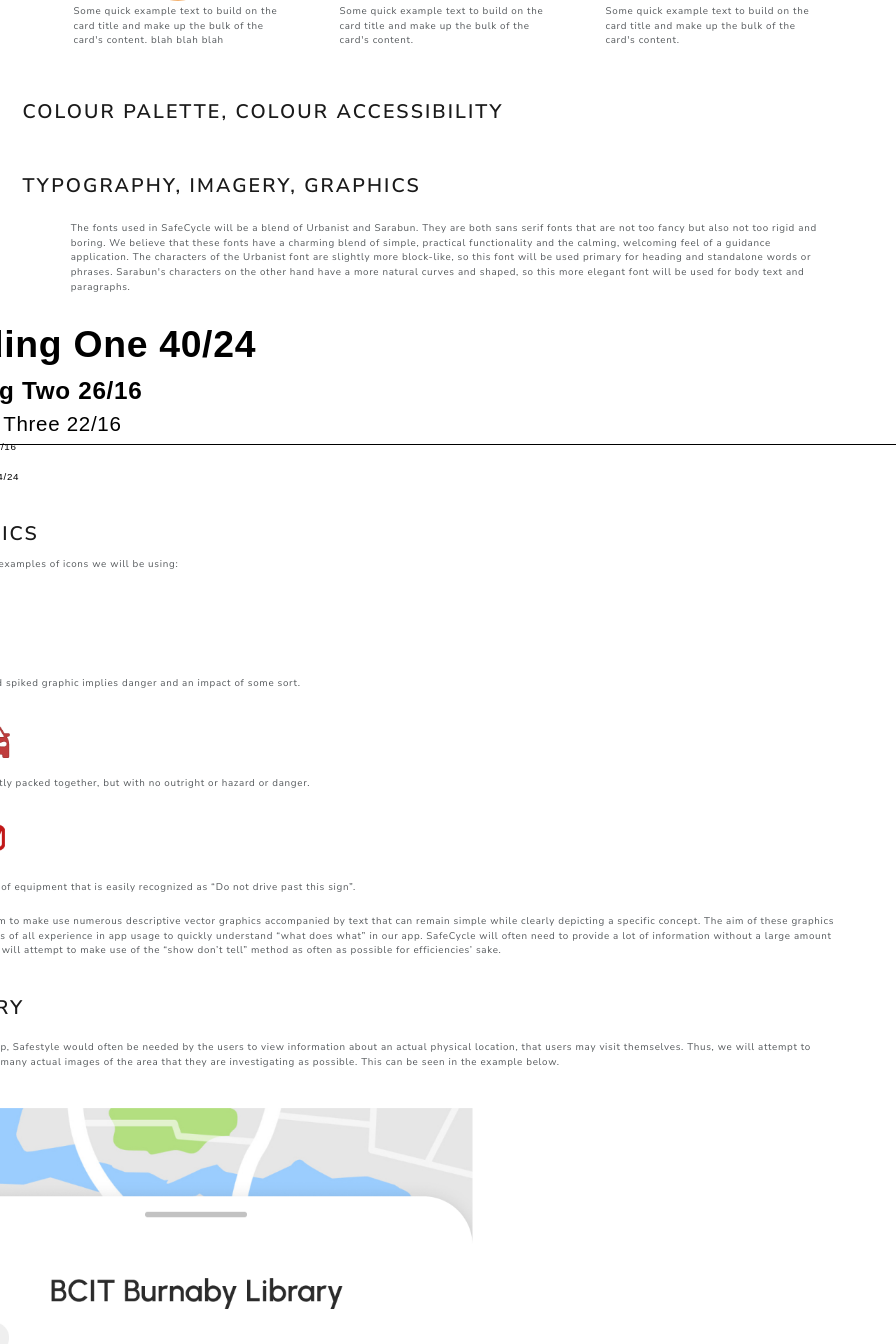
Repository: Aladdin3r/safecycle-styleguide
Page: /
The author's editor kept a copy of each file at every save. The page is drawn from the files as they stood at one save, then again after the next save.
The browser window is 1280 px wide. The pictures show the part of the page from y = 2270 to 4190 px (the page is 5687 px tall), at 70% of full size.
The project was rebuilt for these pictures with package versions that can differ from the ones it lists, and the page was loaded fresh each time. The framework's server and built-in components were replaced by stand-ins that run in the browser. Also part of the build but not shown: next.config.mjs.

Above is the page before, as saved 2024-04-09 22:34:39.

### pages/_app.js
import "@/styles/globals.css";
import "@/styles/bootstrap.min.css";
import { useEffect } from "react";


export default function App({ Component, pageProps }) {

  useEffect(() => {
    require("bootstrap/dist/js/bootstrap.bundle.min.js");
  }, []);
  return <Component {...pageProps} />;
}

### pages/index.js
import Head from "next/head";
import styles from "@/styles/Home.module.css"

export default function Home() {

  return (
    <>
      <Head>
        <title>SafeCycle Styleguide</title>
        <meta name="description"
        content=
        "Created by Rawan Aladdin, Nea Pieroelie, Andrew Turitsa."
       />
        <meta name="viewport" content="width=device-width, initial-scale=1" />
        <link rel="icon" href="/favicon1.svg" />
      </Head>
      <nav class="navbar navbar-expand-lg bg-light sticky-top" data-bs-theme="light">
        <div class="container-fluid">
          <a class="navbar-brand" href="#">SafeCycle</a>
          <button class="navbar-toggler" type="button" data-bs-toggle="collapse" data-bs-target="#navbarColor03" aria-controls="navbarColor03" aria-expanded="false" aria-label="Toggle navigation">
            <span class="navbar-toggler-icon"></span>
          </button>
          <div class="collapse navbar-collapse" id="navbarColor03">
            <ul class="navbar-nav me-auto">
              <li class="nav-item">
                <a class="nav-link active" href="#">Home</a>
              </li>
              <li class="nav-item">
                <a class="nav-link" href="#logo">Logo</a>
              </li>
              <li class="nav-item">
                <a class="nav-link" href="#colours">Colours</a>
              </li>
              <li class="nav-item">
                <a class="nav-link" href="#types">Typography, Imagery, Graphics</a>
              </li>
              <li class="nav-item">
                <a class="nav-link" href="#refs">References</a>
              </li>
            </ul>
          </div>
        </div>
      </nav>
      <main>
      <div class="jumbotron">
        <h1 class="display-3 mt-5 pt-5">SafeCycle</h1>
        <p class="display-4 pb-5">Styleguide</p>
        <hr class="my-5"/>
        <p class="mb-5">Rawan Aladdin, Nea Pieroelie, Andrew Turitsa</p>
        <p class="lead mb-5">
          <a class="btn btn-primary btn-lg my-5" href="#logo" role="button">Start the guide</a>
        </p>
      </div>
      <div id="logo" class="p-4">
        <h2 class="p-2 mt-3">Logo Design</h2>
        <p class="p-3">
          Logo font choice: DIN condensed bold
          colours: #F0983F orange #911C12 red #AD5C0A pale orange
        </p>
        <div class="container">
          <div class="card-group">
              <div class="row">
                <div className="col-sm-4">
                  <div class="bg-primary card text-white mb-3" className={styles.card}>
                    <div class="card-body">
                      <h4 class="card-title">Full-colour logo</h4>
                      <img class="card-img-top" src="/fullcolourlogo.svg" alt="full-colour logo"></img>
                      <p class="card-text">Some quick example text to build on the card title and make up the bulk of the card's content. blah blah blah</p>
                    </div>
                  </div>
                </div>

                <div className="col-sm-4">
                  <div class="bg-primary card text-white mb-3" className={styles.card}>
                  <div class="card-body">
                    <h4 class="card-title">Black and white Logo</h4>
                    <img class="card-img-top" src="/blackandwhitelogo.svg" alt="black and white logo"></img>
                    <p class="card-text">Some quick example text to build on the card title and make up the bulk of the card's content.</p>
                  </div>
                  </div>
                </div>

                <div className="col-sm-4">
                  <div class="bg-primary card text-white mb-3" className={styles.card}>
                  <div class="card-body">
                    <h4 class="card-title">Greyscale Logo</h4>
                    <img class="card-img-top" src="/greyscalelogo.svg" alt="greyscale logo"></img>
                    <p class="card-text">Some quick example text to build on the card title and make up the bulk of the card's content.</p>
                  </div>
                  </div>
                </div>

              </div>

              <div class="row">
                <div className="col-sm-4">
                  <div class="bg-primary card text-white mb-3" className={styles.card}>
                    <div class="card-body">
                      <h4 class="card-title">Monochromatic logo</h4>
                      <img class="card-img-top" src="/monochromatic.svg" alt="Monochromatic logo"></img>
                      <p class="card-text">Some quick example text to build on the card title and make up the bulk of the card's content. blah blah blah</p>
                    </div>
                  </div>
                </div>

                <div className="col-sm-4">
                  <div class="bg-primary card text-white mb-3" className={styles.card}>
                  <div class="card-body">
                    <h4 class="card-title">Horizontal version of full-colour Logo</h4>
                    <img class="card-img-top" src="/horizontalfullcolour.svg" alt="horizontal full colour logo"></img>
                    <p class="card-text">Some quick example text to build on the card title and make up the bulk of the card's content.</p>
                  </div>
                  </div>

              </div>

              <div className="col-sm-4">
                <div class="bg-primary card  text-white mb-3" className={styles.card}>
                <div class="card-body">
                  <h4 class="card-title">Stacked/vertical version of full-colour Logo</h4>
                  <img class="card-img-top" src="/verticalfullcolour.svg" alt="stacked/vertical colour logo"></img>
                  <p class="card-text">Some quick example text to build on the card title and make up the bulk of the card's content.</p>
                </div>
                </div>
              </div>
            </div>
            <div class="row">
                <div className="col-sm-4">
                  <div class="bg-primary card text-white mb-3" className={styles.card}>
                    <div class="card-body z-3">
                      <h4 class="card-title">16x16px Favicon</h4>
                      <img class="card-img-top" src="/favicon1.svg" alt="xs favicon"></img>
                      <p class="card-text">Some quick example text to build on the card title and make up the bulk of the card's content. blah blah blah</p>
                    </div>
                  </div>
                </div>

                <div className="col-sm-4">
                  <div class="bg-primary card  text-white mb-3" className={styles.card}>
                  <div class="card-body">
                    <h4 class="card-title">32x32px Favicon</h4>
                    <img class="card-img-top" src="/favicon2.svg" alt="small favicon"></img>
                    <p class="card-text">Some quick example text to build on the card title and make up the bulk of the card's content.</p>
                  </div>
                  </div>

              </div>

              <div className="col-sm-4">
                <div class="bg-primary card text-white mb-3" className={styles.card}>
                <div class="card-body">
                  <h4 class="card-title">48x48px Favicon</h4>
                  <img class="card-img-top" src="/favicon3.svg" alt="normal favicon"></img>
                  <p class="card-text">Some quick example text to build on the card title and make up the bulk of the card's content.</p>
                </div>
                </div>
              </div>
            </div>
          </div>
        </div>
      </div>
      <div id="colours" class="p-4">
        <h2 class="p-2">Colour Palette, Colour Accessibility</h2>
        <div class="container">

        </div>
      </div>
      <div id="types" class="p-4">
        <h2 class="p-2">Typography, Imagery, Graphics</h2>
        <div class="container">
        <p className={styles.typo_desc} class="p-3">
        The fonts used in SafeCycle will be a blend of Urbanist and Sarabun. They are both sans serif fonts that are not too fancy but also not too rigid and boring. We believe that these fonts have a charming blend of simple, practical functionality and the calming, welcoming feel of a guidance application.  The characters of the Urbanist font are slightly more block-like, so this font will be used primary for heading and standalone words or phrases. Sarabun's characters on the other hand have a more natural curves and shaped, so this more elegant font will be used for body text and paragraphs.
        </p>
        <div className={styles.h1Typo}>Heading One 40/24</div>
        <div className={styles.h2Typo}>Heading Two 26/16</div>
        <div className={styles.h3Typo}>Heading Three 22/16</div>
        <div className={styles.h4Typo}>Heading Four 20/16</div>
        <div className={styles.BodyTypo}>Body 14/24</div>
        <div className={styles.ButtonMetaTypo}>Button + Meta 14/24</div>
        <h2 className={styles.graphicTitle}>GRAPHICS</h2>
        <div className={styles.graphicName}>Here are some examples of icons we will be using:</div>
        <div className={styles.graphicName}>Car accident:</div>
        <img className={styles.carCrash} src="/carCrash.png" alt="Car Accident"></img>
        <div className={styles.graphicDesc}>Red, jarring and spiked graphic implies danger and an impact of some sort.</div>
        <div className={styles.graphicName}>Traffic Jam:</div>
        <img className={styles.traffic} src="/traffic.png" alt="Traffic"></img>
        <div className={styles.graphicDesc}>Many cars, tightly packed together, but with no outright or hazard or danger.</div>
        <div className={styles.graphicName}>Road Closed:</div>
        <img className={styles.RoadClosed} src="/RoadClosed.png" alt="Raod Closed"></img>
        <div className={styles.graphicDesc}>An iconic piece of equipment that is easily recognized as “Do not drive past this sign”.</div>
        <div className={styles.graphicExpl}>Our app will aim to make use numerous descriptive vector graphics accompanied by text that can remain simple while clearly depicting a specific concept. The aim of these graphics is to allow users of all experience in app usage to quickly understand “what does what” in our app. SafeCycle will often need to provide a lot of information without a large amount of pages so we will attempt to make use of the “show don’t tell” method as often as possible for efficiencies’ sake.</div>
        <h2 className={styles.graphicTitle}>IMAGERY</h2>
        <div className={styles.graphicExpl}>Being a map app, Safestyle would often be needed by the users to view information about an actual physical location, that users may visit themselves. Thus, we will attempt to make use of as many actual images of the area that they are investigating as possible. This can be seen in the example below.</div>
        <img className={styles.locationPage} src="/locationPage.png" alt="Location Page"></img>


        </div>
        </div>
      <div id="refs" class="p-4">
        <h2 class="p-2">References</h2>
        <div class="container">

        </div>
      </div>
      </main>
    </>
  );
}

### styles/Home.module.css
.main {
  display: flex;
  flex-direction: column;
  justify-content: space-between;
  align-items: center;
  padding: 6rem;
  min-height: 100vh;
}
.card{
  max-width: 30em;
}

.typo_desc{
  margin-left: -14.5em;

}
.h1Typo {
  font-family: "Urbanist", sans-serif;
  font-style: bold;
  font-size: 40pt;
  font-weight: 900;
  color: black;
  margin-left: -4em;
}
.h2Typo {
  font-family: "Urbanist", sans-serif;
  font-style: bold;
  font-size: 26pt;
  font-weight: 600;
  color: black;
  margin-left: -6em;
}
.h3Typo {
  font-family: "Urbanist", sans-serif;
  font-style: bold;
  font-size: 22pt;
  font-weight: 500;
  color: black;
  margin-left: -7em;
}
.h4Typo {
  font-family: "Urbanist", sans-serif;
  font-style: bold;
  font-size: 20;
  font-weight: 500;
  color: black;
  margin-left: -14.5em;
}

.BodyTypo {
  font-family: "Sarabun", sans-serif;
  font-weight:500;
  font-style: normal;
  color: black;
  font-size: 18;
  margin-left: -14.5em;
}
.ButtonMetaTypo {
  font-family: "Sarabun", sans-serif;
  font-weight:500;
  font-style: normal;
  color: black;
  font-size: 18;
  margin-left: -14.5em;
}
.graphicTitle{
  margin-top: 2em;
  margin-left: -7em;
}
.carCrash{
  margin-top: 1em;
  margin-left: -14em;
}

.graphicDesc{
  margin-top: 1em;
  margin-left: -14em;
}

.graphicName{
  margin-top: 1em;
  margin-left: -14em;
}

.graphicExpl{
  margin-top: 2em;
  margin-bottom: 2em;
  margin-left: -14em;
}

.traffic{
  margin-top: 1em;
  margin-left: -14em;
}

.RoadClosed{
  margin-top: 1em;
  margin-left: -14em;
}

.locationPage{
  margin-top: 2em;
  margin-left: -14em;
}

Loaded but not shown: pages/_document.js (common file); styles/globals.css (common file); styles/bootstrap.min.css (library)

After the next save:
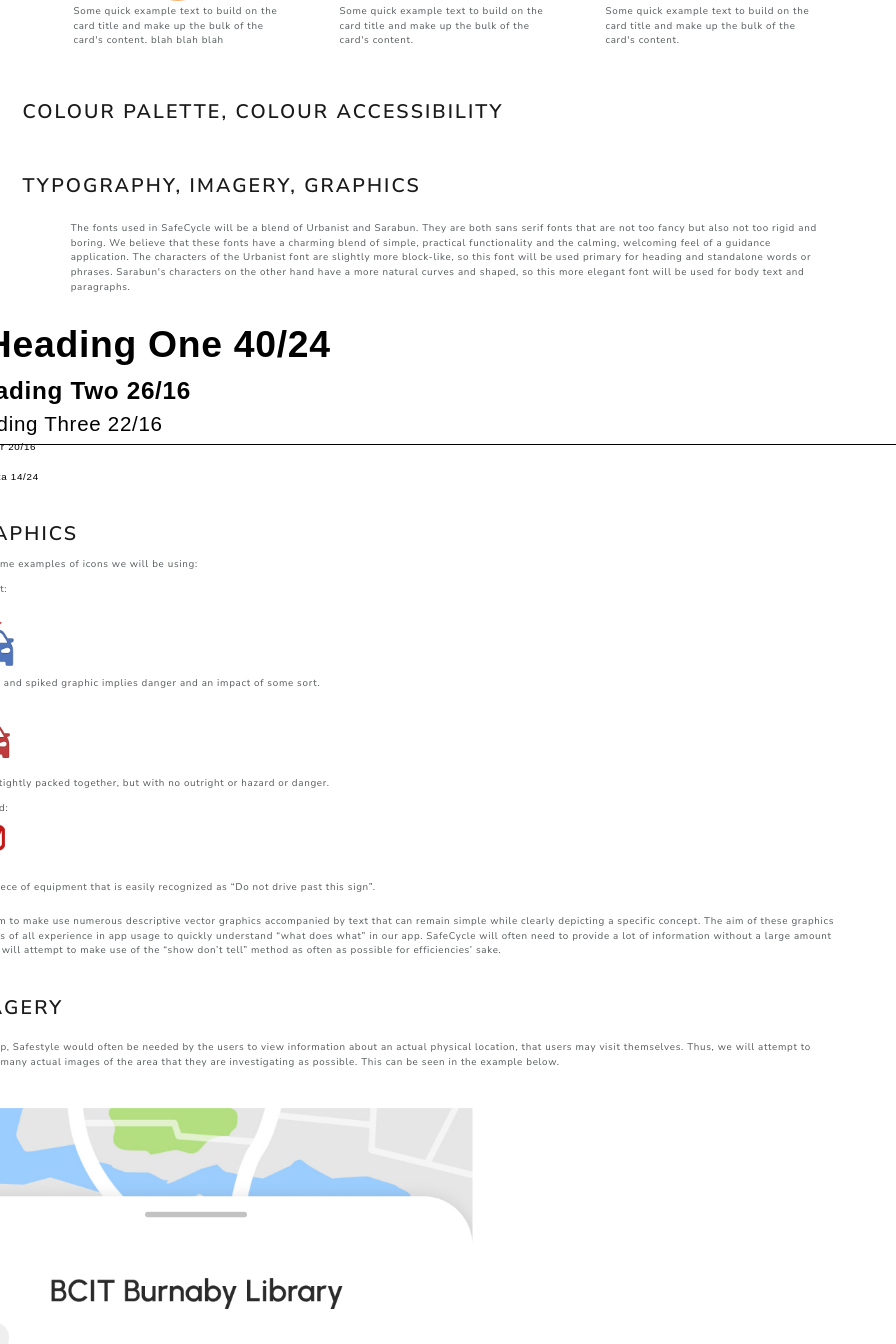
Saved 7 min 34 s later.
--- a/styles/Home.module.css
+++ b/styles/Home.module.css
@@ -20,7 +20,7 @@
   font-size: 40pt;
   font-weight: 900;
   color: black;
-  margin-left: -4em;
+  margin-left: -2em;
 }
 .h2Typo {
   font-family: "Urbanist", sans-serif;
@@ -28,7 +28,7 @@
   font-size: 26pt;
   font-weight: 600;
   color: black;
-  margin-left: -6em;
+  margin-left: -4em;
 }
 .h3Typo {
   font-family: "Urbanist", sans-serif;
@@ -36,7 +36,7 @@
   font-size: 22pt;
   font-weight: 500;
   color: black;
-  margin-left: -7em;
+  margin-left: -5em;
 }
 .h4Typo {
   font-family: "Urbanist", sans-serif;
@@ -44,7 +44,7 @@
   font-size: 20;
   font-weight: 500;
   color: black;
-  margin-left: -14.5em;
+  margin-left: -12.5em;
 }
 
 .BodyTypo {
@@ -53,7 +53,7 @@
   font-style: normal;
   color: black;
   font-size: 18;
-  margin-left: -14.5em;
+  margin-left: -12.5em;
 }
 .ButtonMetaTypo {
   font-family: "Sarabun", sans-serif;
@@ -61,25 +61,25 @@
   font-style: normal;
   color: black;
   font-size: 18;
-  margin-left: -14.5em;
+  margin-left: -12.5em;
 }
 .graphicTitle{
   margin-top: 2em;
-  margin-left: -7em;
+  margin-left: -5em;
 }
 .carCrash{
   margin-top: 1em;
-  margin-left: -14em;
+  margin-left: -12em;
 }
 
 .graphicDesc{
   margin-top: 1em;
-  margin-left: -14em;
+  margin-left: -12em;
 }
 
 .graphicName{
   margin-top: 1em;
-  margin-left: -14em;
+  margin-left: -12em;
 }
 
 .graphicExpl{
